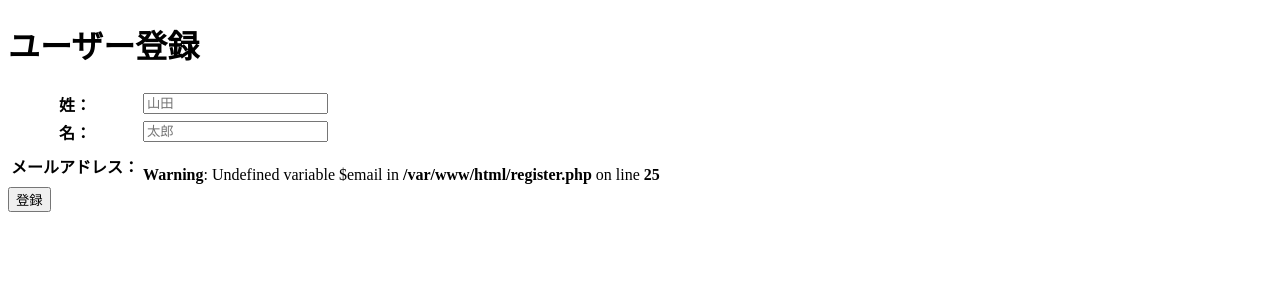
Repository: yoshiryoryo/phpform
Page: http://localhost/register.php
The author's editor kept a copy of each file at every save. The page is drawn from the files as they stood at one save, then again after the next save.
The browser window is 1280 px wide. The pictures show the whole page.
The page is run by PHP 8.4 with error messages shown; the project is at /var/www/html/.

Above is the page before, as saved 2021-02-24 09:58:32.

After the next save:
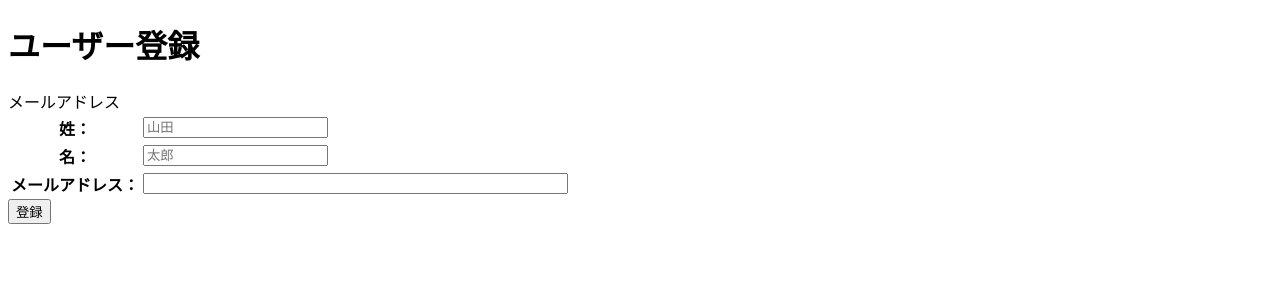
Saved 28 s later.
--- a/register.php
+++ b/register.php
@@ -22,7 +22,7 @@
             </tr>
             <tr>
                 <th>メールアドレス：</th>
-                <td><?php echo $email; ?></td>
+                メールアドレス</th><td><input type="email" name="email" size="50" maxlength="50" required></td></tr>
             </tr>
         </table>
         <input id="send" type="submit" value="登録">
